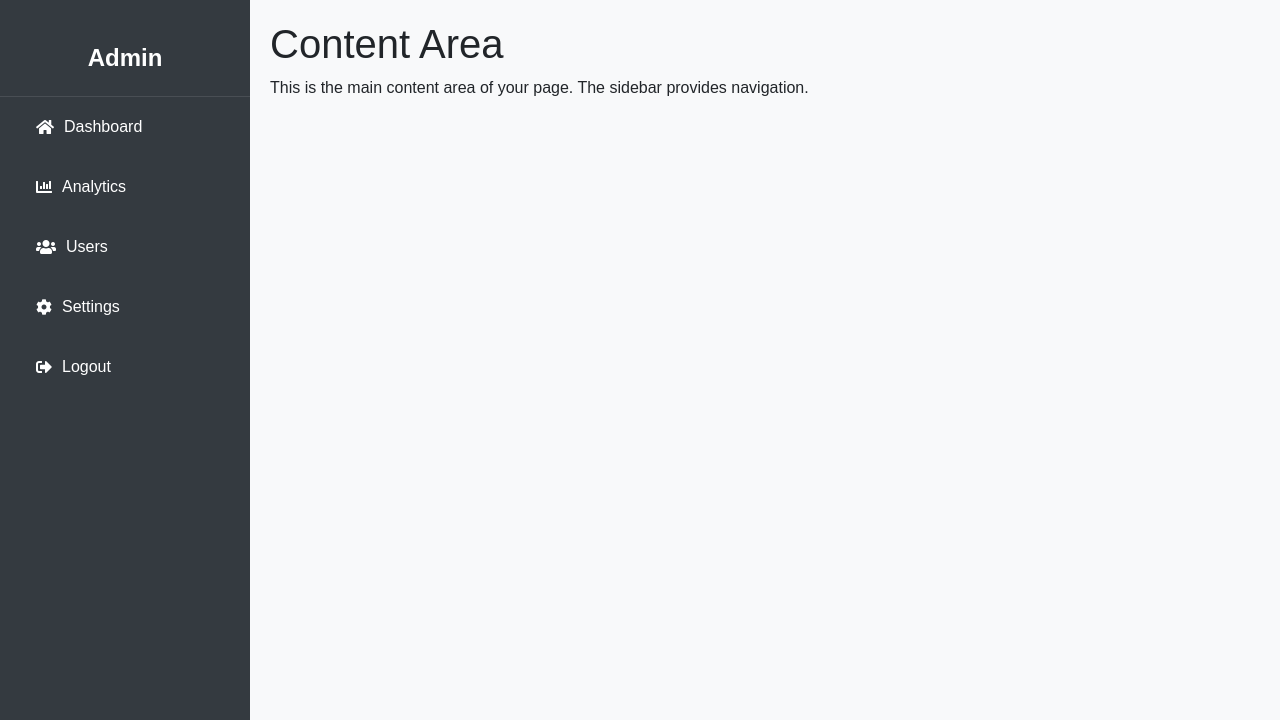
Repository: Darkrepo23/Ecommerce-Manalastas-project
Page: admin/dashboard.html
An editor plug-in stored every save of this project. The page is shown before and after the next save, followed by the edit.
The browser window is 1280 px wide. The pictures show the whole page.
Some web libraries are served in a nearby version.

Above is the page before, as saved 2026-01-06 08:56:32.

### admin/dashboard.html
<!DOCTYPE html>
<html lang="en">
<head>
    <meta charset="UTF-8">
    <meta name="viewport" content="width=device-width, initial-scale=1.0">
    <title>Modern Sidebar</title>
    <link rel="stylesheet" href="https://stackpath.bootstrapcdn.com/bootstrap/4.5.2/css/bootstrap.min.css">
    <link rel="stylesheet" href="https://cdnjs.cloudflare.com/ajax/libs/font-awesome/5.15.4/css/all.min.css">
    <style>
        body {
            font-family: 'Arial', sans-serif;
            background-color: #f8f9fa;
        }

        .sidebar {
            height: 100vh;
            width: 250px;
            position: fixed;
            top: 0;
            left: 0;
            background-color: #343a40;
            padding-top: 20px;
            color: white;
        }

        .sidebar .logo {
            padding: 20px;
            text-align: center;
            font-size: 1.5em;
            font-weight: bold;
            border-bottom: 1px solid rgba(255, 255, 255, 0.1);
        }

        .sidebar .nav-item {
            padding: 10px 20px;
            transition: background-color 0.3s ease;
        }

        .sidebar .nav-item:hover {
            background-color: rgba(255, 255, 255, 0.1);
            cursor: pointer;
        }

        .sidebar .nav-link {
            color: white;
            text-decoration: none;
            display: flex;
            align-items: center;
        }

        .sidebar .nav-link i {
            margin-right: 10px;
        }

        .content {
            margin-left: 250px;
            padding: 20px;
        }
    </style>
</head>
<body>

    <div class="sidebar">
        <div class="logo">
            Admin
        </div>
        <ul class="nav flex-column">
            <li class="nav-item">
                <a class="nav-link" href="#">
                    <i class="fas fa-home"></i>
                    Dashboard
                </a>
            </li>
            <li class="nav-item">
                <a class="nav-link" href="#">
                    <i class="fas fa-chart-bar"></i>
                    Analytics
                </a>
            </li>
            <li class="nav-item">
                <a class="nav-link" href="#">
                    <i class="fas fa-users"></i>
                    Users
                </a>
            </li>
            <li class="nav-item">
                <a class="nav-link" href="#">
                    <i class="fas fa-cog"></i>
                    Settings
                </a>
            </li>
            <li class="nav-item">
                <a class="nav-link" href="#">
                    <i class="fas fa-sign-out-alt"></i>
                    Logout
                </a>
            </li>
        </ul>
    </div>

    <div class="content">
        <h1>Content Area</h1>
        <p>This is the main content area of your page.  The sidebar provides navigation.</p>
    </div>

    <script src="https://code.jquery.com/jquery-3.5.1.slim.min.js"></script>
    <script src="https://cdn.jsdelivr.net/npm/@popperjs/core@2.5.3/dist/umd/popper.min.js"></script>
    <script src="https://stackpath.bootstrapcdn.com/bootstrap/4.5.2/js/bootstrap.min.js"></script>
</body>
</html>

After the next save:
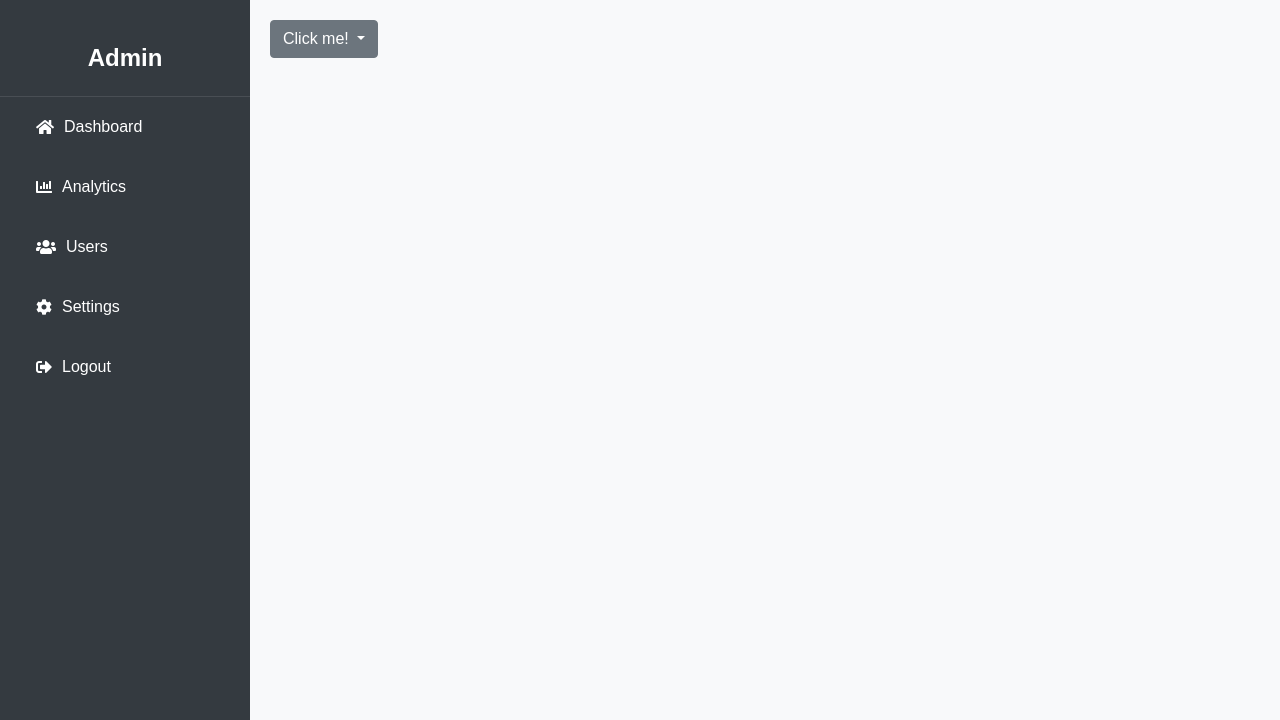
Saved 25 s later.
--- a/admin/dashboard.html
+++ b/admin/dashboard.html
@@ -1,5 +1,6 @@
 <!DOCTYPE html>
 <html lang="en">
+
 <head>
     <meta charset="UTF-8">
     <meta name="viewport" content="width=device-width, initial-scale=1.0">
@@ -58,6 +59,7 @@
         }
     </style>
 </head>
+
 <body>
 
     <div class="sidebar">
@@ -99,12 +101,26 @@
     </div>
 
     <div class="content">
-        <h1>Content Area</h1>
-        <p>This is the main content area of your page.  The sidebar provides navigation.</p>
+        <div class="dropdown">
+            <button class="btn btn-secondary dropdown-toggle" type="button" id="dropdownMenuButton"
+                data-toggle="dropdown" aria-haspopup="true" aria-expanded="false">
+                Click me!
+            </button>
+            <div class="dropdown-menu" aria-labelledby="dropdownMenuButton">
+                <a class="dropdown-item" href="#">Total Sales</a>
+                <a class="dropdown-item" href="#">Users</a>
+                <a class="dropdown-item" href="#">Products</a>
+                <a class="dropdown-item" href="#">Solds</a>
+            </div>
+        </div>
     </div>
 
     <script src="https://code.jquery.com/jquery-3.5.1.slim.min.js"></script>
     <script src="https://cdn.jsdelivr.net/npm/@popperjs/core@2.5.3/dist/umd/popper.min.js"></script>
     <script src="https://stackpath.bootstrapcdn.com/bootstrap/4.5.2/js/bootstrap.min.js"></script>
+     <script src="https://code.jquery.com/jquery-3.5.1.slim.min.js"></script>
+ <script src="https://cdn.jsdelivr.net/npm/@popperjs/core@2.5.3/dist/umd/popper.min.js"></script>
+ <script src="https://stackpath.bootstrapcdn.com/bootstrap/4.5.2/js/bootstrap.min.js"></script>
 </body>
+
 </html>
